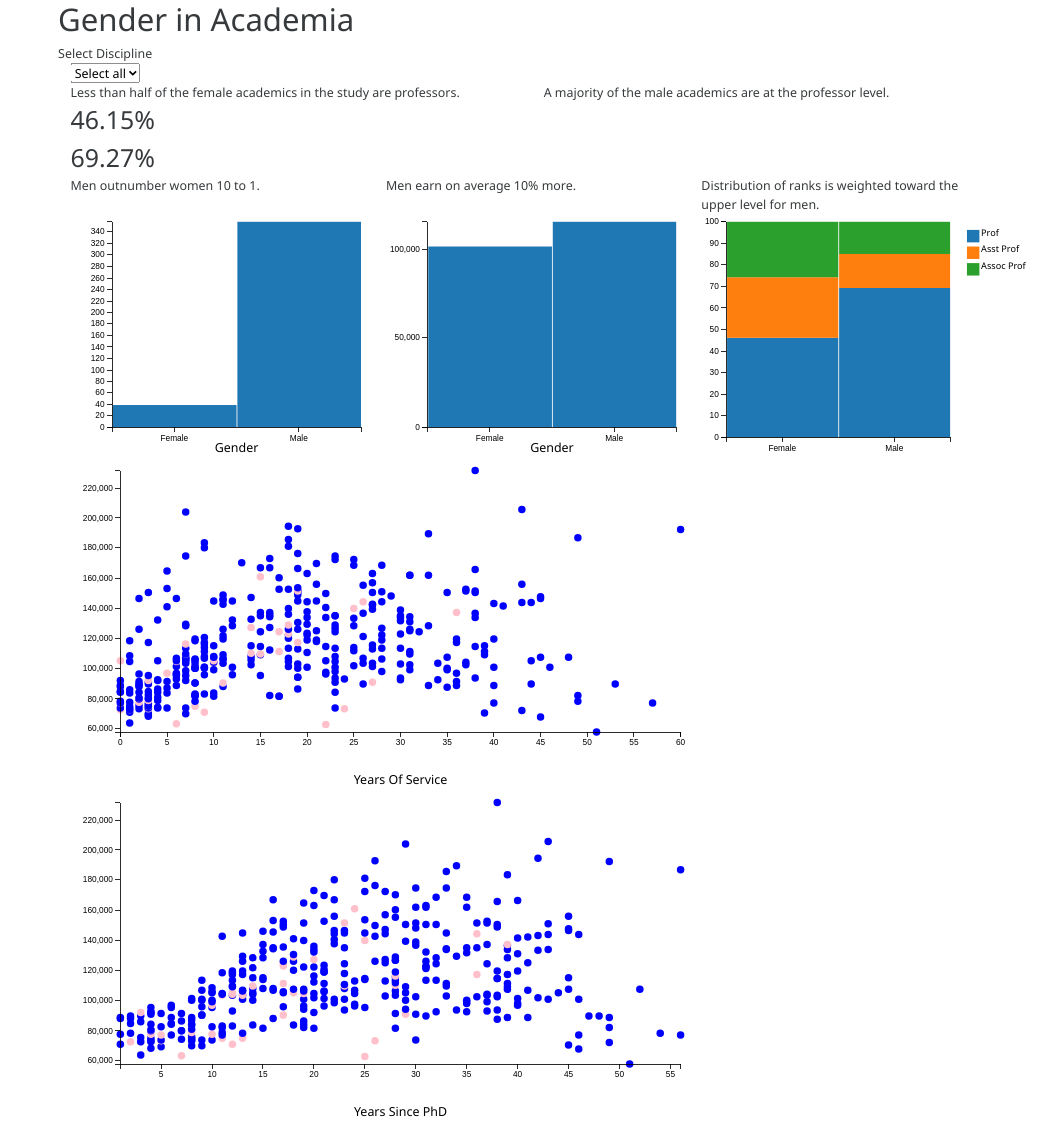
Repository: BrendanMolloy/dashboard
Page: index.html
The author's editor kept a record of every edit. The page is drawn from the files as they stood at one moment, then again after the next edit.
The browser window is 1280 px wide. The pictures show the whole page, at 83% of full size.

Above is the page before.

After the next edit:
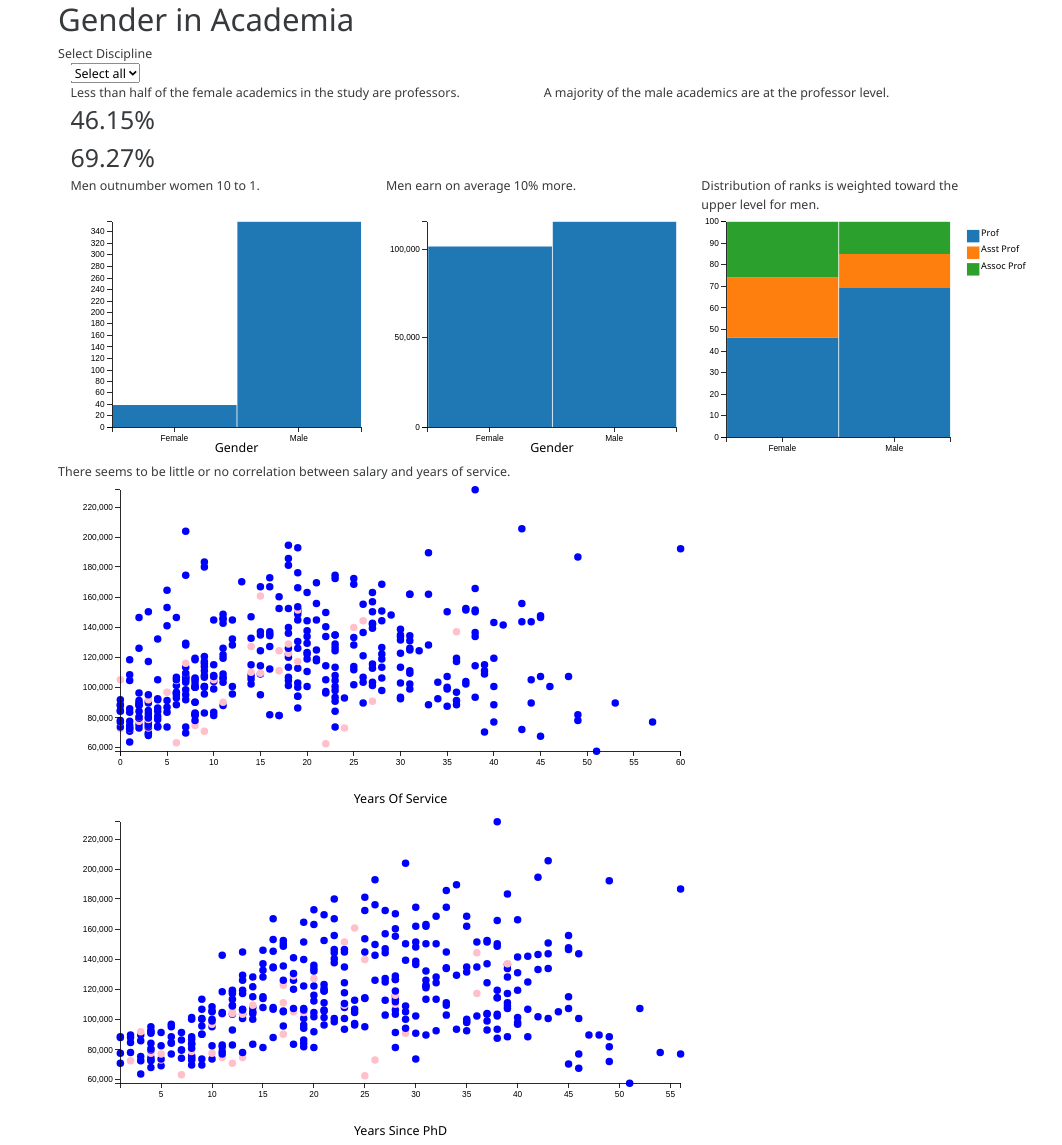
The edit:
--- a/index.html
+++ b/index.html
@@ -56,7 +56,7 @@
         </div>
 
         <div class="row">
-        <div class="col-md-offset-2"></div>
+        <div class="col-md-offset-2">There seems to be little or no correlation between salary and years of service.</div>
         </div>
         <div class="row">
         <div class="col-md-offset-2" id="service-salary"></div>
